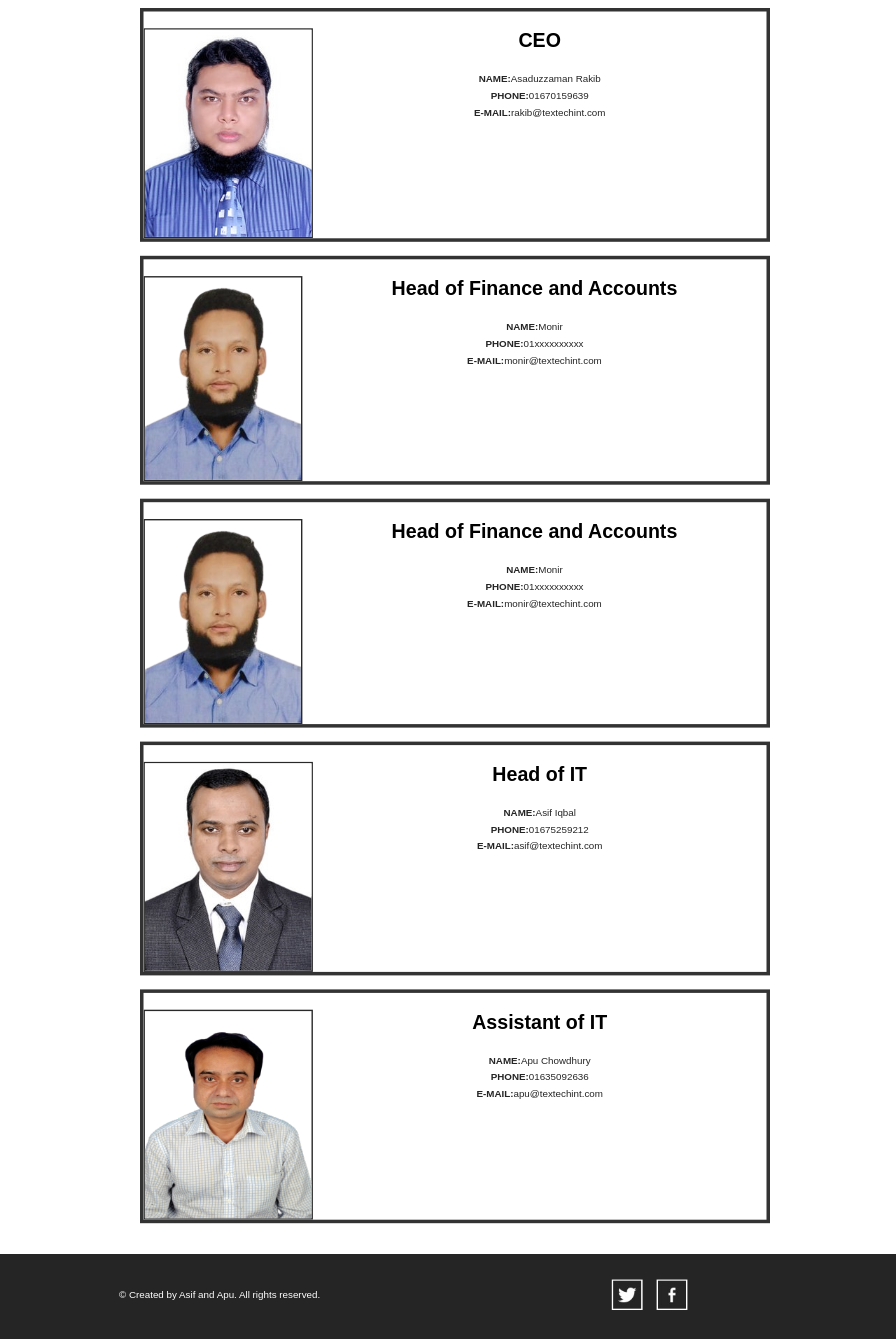
Repository: asifdotpy/textechint
Page: index.html
The author's editor kept a copy of each file at every save. The page is drawn from the files as they stood at one save, then again after the next save.
The browser window is 1280 px wide. The pictures show the part of the page from y = 1459 to 3379 px (the page is 3372 px tall before and 3379 px after), at 70% of full size.

Above is the page before, as saved 2021-02-23 01:32:42.

After the next save:
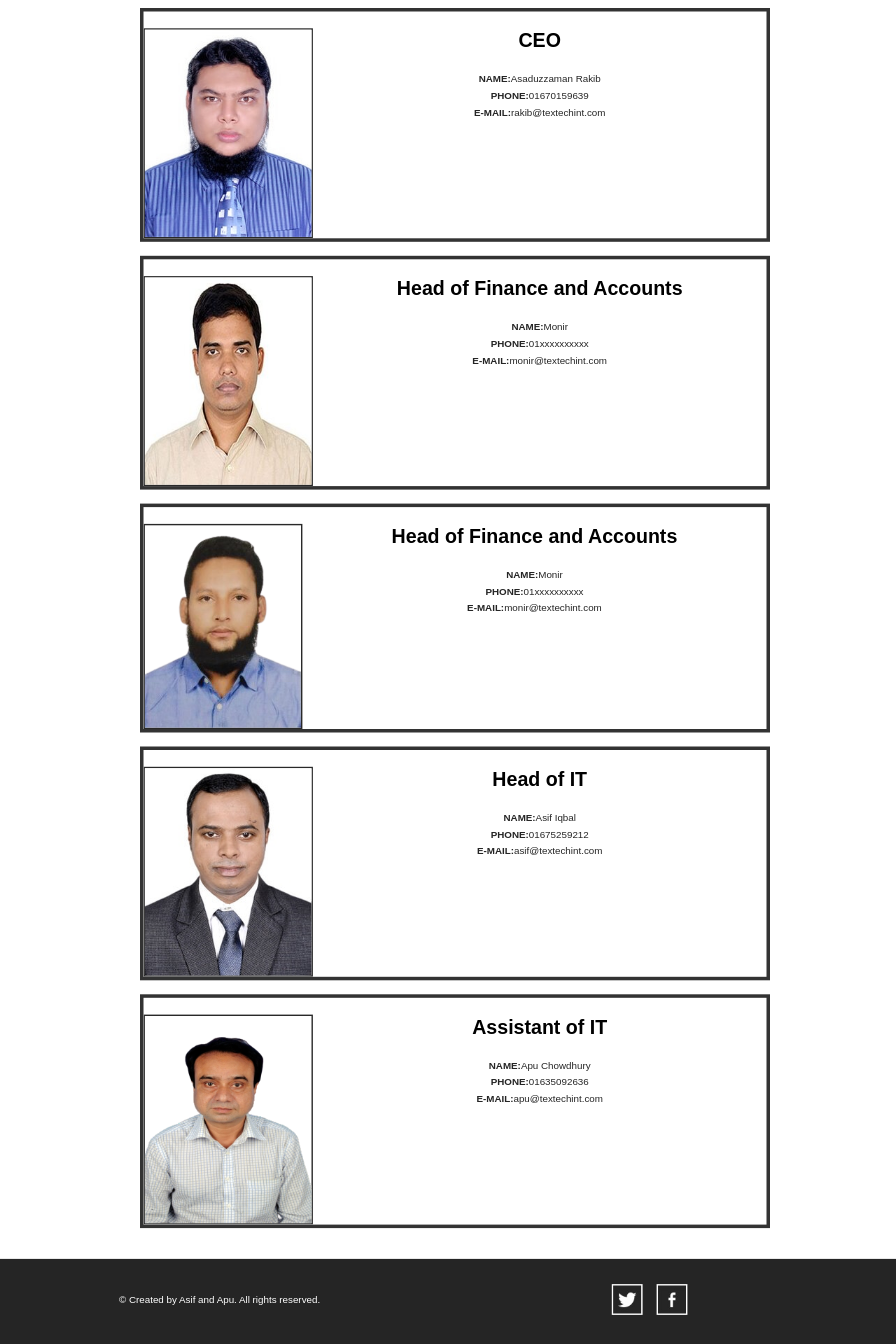
Saved 4 s later.
--- a/index.html
+++ b/index.html
@@ -60,7 +60,7 @@
 			   </div>
 			</div>
 			<div class="post-container">
-				<div class="post-thumb"><img src="images/monir.jpg" /></div>
+				<div class="post-thumb"><img src="images/sabuz.jpg" /></div>
 				<div class="post-content">
 					<h3 class="post-title">Head of Finance and Accounts</h3>
 					<p><b>NAME:</b>Monir</p>
